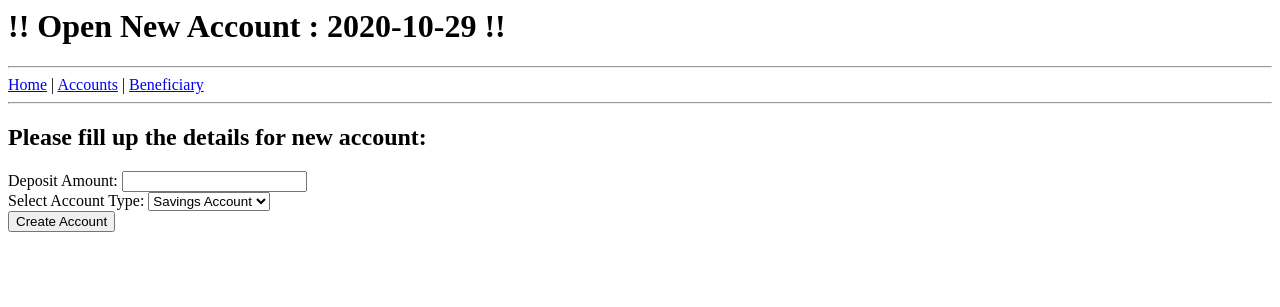
Repository: anik84/ibs
Page: http://localhost/IBS/user_open_account_form.jsp
An editor plug-in stored every save of this project. The page is shown before and after the next save, followed by the edit.
The browser window is 1280 px wide. The pictures show the whole page.
The page is served by Tomcat 9.

Above is the page before, as saved 2020-10-29 08:40:50.

After the next save:
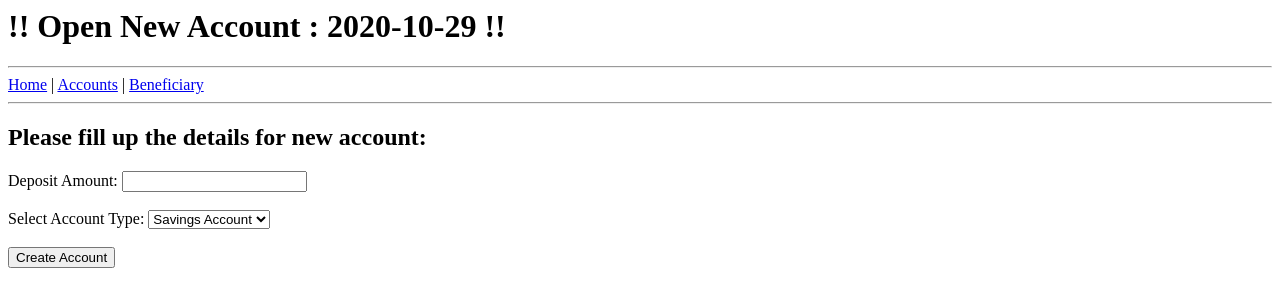
Saved 41 s later.
--- a/IBS_JSPs/IBS/WebContent/user_open_account_form.jsp
+++ b/IBS_JSPs/IBS/WebContent/user_open_account_form.jsp
@@ -16,14 +16,14 @@
 		<div>
 			<label>Deposit Amount: </label> <input type="number" name="depositAmunt"
 				required />
-		</div>
+		</div><br />
 		<div>
 			Select Account Type: <select name="userCategory">
 				<option value="acctType_1">Savings Account</option>
 				<option value="acctType_2">Current Account</option>
 				<option value="acctType_3">Service Provider</option>
 			</select>
-		</div>
+		</div><br />
 		<div>
 			<button>Create Account</button>
 		</div>
